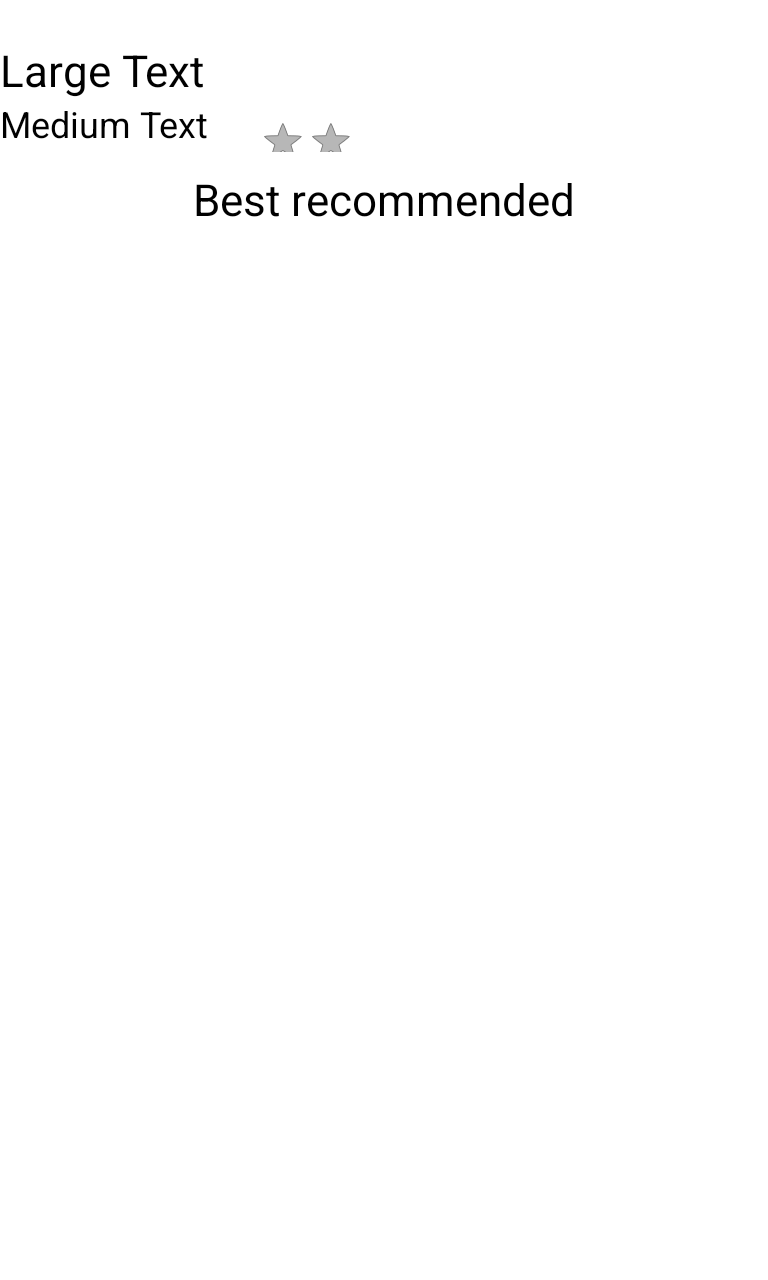
Repository: yash256/atnt
Layout: Farmdroid/res/layout/market_details.xml
An editor plug-in stored every save of this project. The layout is shown before and after the next save, followed by the edit.
It is drawn on a 768 x 1280 px phone screen (xhdpi) without system bars, with theme AppTheme; the app's code is not run. Lists and similar views that code fills are empty.

Above is the layout before, as saved 2014-11-10 04:42:32.

After the next save:
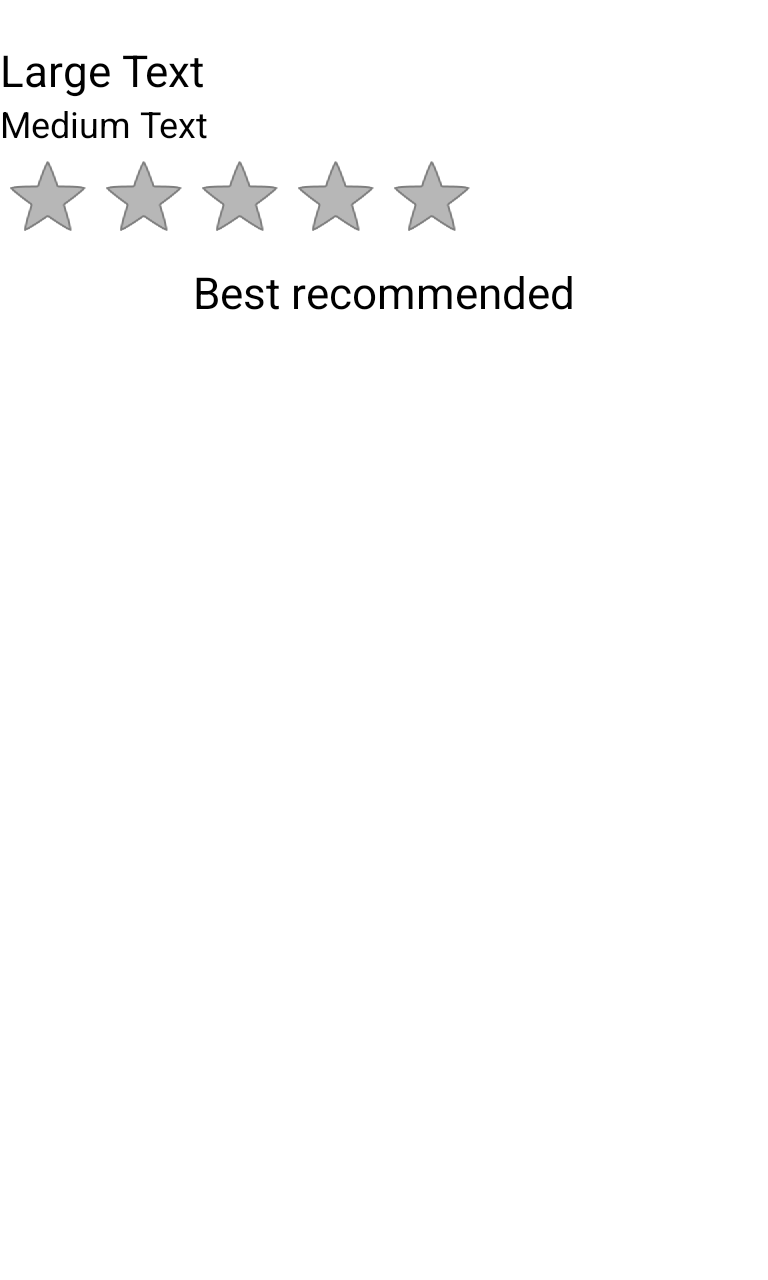
Saved 8 min 36 s later.
--- a/Farmdroid/res/layout/market_details.xml
+++ b/Farmdroid/res/layout/market_details.xml
@@ -25,18 +25,15 @@
     <TextView
         android:id="@+id/market_address"
         android:layout_row="1"
-        android:layout_columnSpan="4"
+        android:layout_columnSpan="8"
         android:text="Medium Text"
         android:textAppearance="?android:attr/textAppearanceMedium" />
 
     <RatingBar
         android:id="@+id/ratingBar1"
-        android:layout_row="1"
-        android:layout_columnSpan="4"
-        android:scaleX="0.5"
-        android:scaleY="0.5"
-        android:layout_height="35dip"
-        android:layout_width="100dip"/>
+        android:layout_row="2"
+        android:layout_columnSpan="8"
+        />
 
     <TextView
         android:id="@+id/top_items_header"
